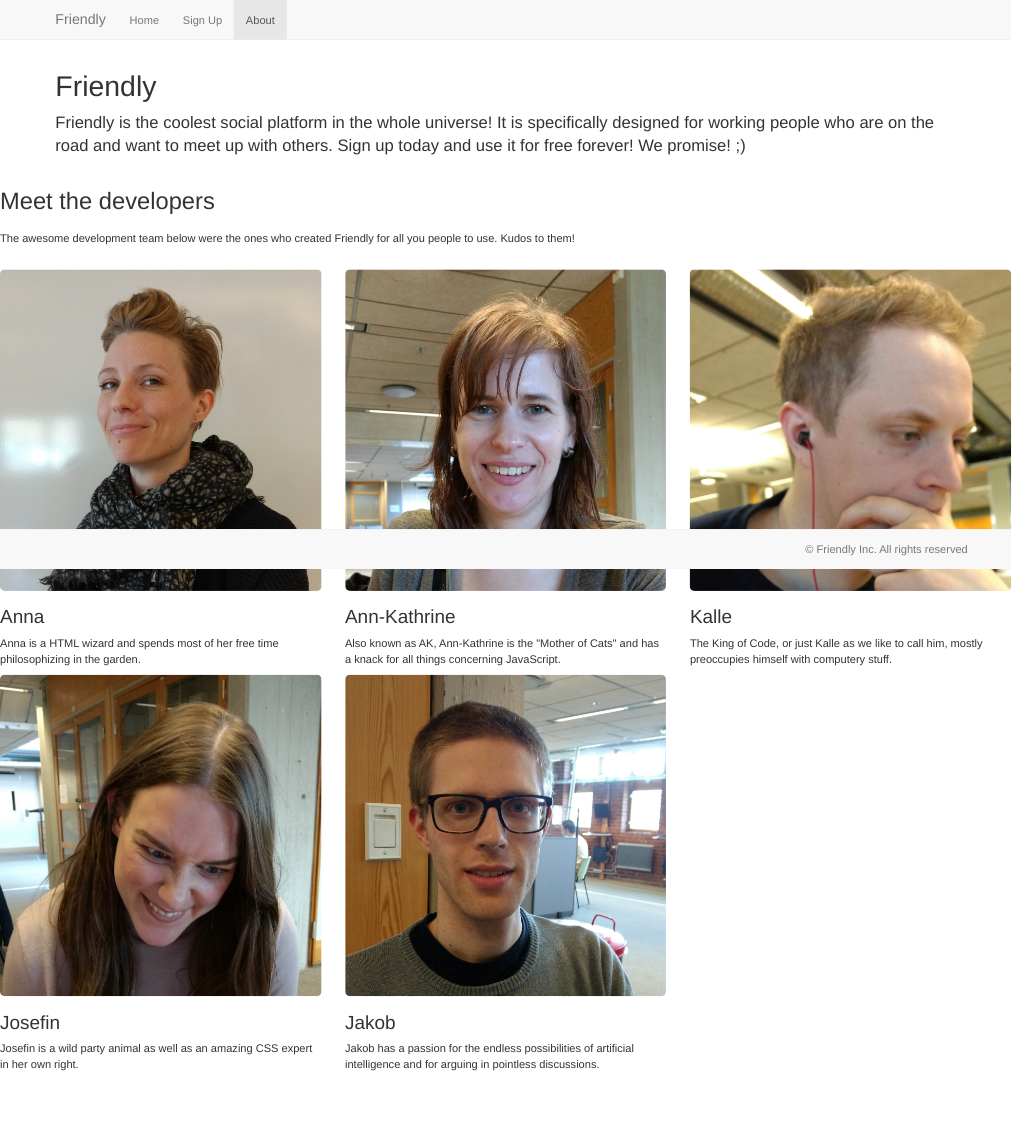
Repository: kristallklart/friendly_java
Page: http://localhost/FriendlyWeb/About.jsp
The author's editor kept a copy of each file at every save. The page is drawn from the files as they stood at one save, then again after the next save.
The browser window is 1280 px wide. The page is 1295 px wide, then 1280 px, so the pictures cover 1295 px, including what lies to the right of the window. The pictures show the whole page, at 79% of full size.
Some web libraries are served in a nearby version. The page is served by Tomcat 9. Other server files are loaded and not shown.

Above is the page before, as saved 2017-05-02 12:36:01.

### FriendlyWeb/WebContent/About.jsp
<%@ page language="java" contentType="text/html; charset=ISO-8859-1"
    pageEncoding="ISO-8859-1"%>
<!DOCTYPE html>
<html lang="en">

<head>

	<meta charset="UTF-8">
	<meta http-equiv="X-UA-Compatible" content="IE=edge">
	<meta name="viewport" content="width=device-width, initial-scale=1">
	<title>Friendly - About</title>
	<link rel="stylesheet" href="/FriendlyWeb/lib/bootstrap/css/bootstrap.min.css">
  	<link rel="stylesheet" href="/FriendlyWeb/css/style.css">
</head>

<body>
	<!-- Navbar header-->
	<nav class="navbar navbar-default navbar-fixed-top">
		<div class="container">
			<!-- Brand and toggle get grouped for better mobile display -->
			<div class="navbar-header">
				<button type="button" class="navbar-toggle collapsed" data-toggle="collapse" data-target="#bs-example-navbar-collapse-1"
				 aria-expanded="false">
				<span class="sr-only">Toggle navigation</span>
				<span class="icon-bar"></span>
				<span class="icon-bar"></span>
				<span class="icon-bar"></span>
			</button>
				<a class="navbar-brand" href="#">Friendly</a>
			</div>

			<!-- Collect the nav links, forms, and other content for toggling -->
			<div class="collapse navbar-collapse" id="bs-example-navbar-collapse-1">
				<ul class="nav navbar-nav">
					<li><a href="/FriendlyWeb/Index.jsp">Home</a></li>
					<li><a href="/FriendlyWeb/SignUp.jsp">Sign Up </a></li>
					<li class="active"><a href="#">About<span class="sr-only">(current)</span></a></li>

				</ul>
			</div>
			<!-- /.navbar-collapse -->
		</div>
		<!-- /.container -->
	</nav>

<div class="container">
			<div class="row">
				<div class="col-xs-12">
					<h1> Friendly </h1>
				</div>

		</div>
		<div class="row">
			<div class="col-xs-12">
				<p class="lead"> Friendly is the coolest social platform in the whole universe!
					It is specifically designed for working people who are on the road and want to meet up with others.
					Sign up today and use it for free forever! We promise! ;) </p>
			</div>
		</div>
	</div>
	<div class="row">
		<div class="col-xs-12">
			<h2> Meet the developers <h2>
		</div>
	</div>
	<div class="row">
		<div class="col-xs-12">
			<p class="default-bottom-padding"> The awesome development team below were the ones who created Friendly for all you people to use. Kudos to them! </p>
		</div>
	</div>
	<div class="row">
		<div class="col-xs-12 col-sm-6 col-md-4 col-lg-4">
			<img class="img-responsive img-rounded" src="/FriendlyWeb/assets/img/anna3.jpg">
			<h3> Anna </h3>
			<p> Anna is a HTML wizard and spends most of her free time philosophizing in the garden. </p>
		</div>
		<div class="col-xs-12 col-sm-6 col-md-4 col-lg-4">
			<img class="img-responsive img-rounded" src="/FriendlyWeb/assets/img/ak3.jpg">
			<h3> Ann-Kathrine </h3>
			<p> Also known as AK, Ann-Kathrine is the "Mother of Cats" and has a knack for all things concerning JavaScript. </p>
		</div>
		<div class="col-xs-12 col-sm-6 col-md-4 col-lg-4">
			<img class="img-responsive img-rounded" src="/FriendlyWeb/assets/img/kalle3.jpg">
			<h3> Kalle </h3>
			<p> The King of Code, or just Kalle as we like to call him, mostly preoccupies himself with computery stuff. </p>
		</div>
		<div class="col-xs-12 col-sm-6 col-md-4 col-lg-4">
			<img class="img-responsive img-rounded" src="/FriendlyWeb/assets/img/jossan4.jpg">
			<h3> Josefin </h3>
			<p> Josefin is a wild party animal as well as an amazing CSS expert in her own right. </p>
		</div>
		<div class="col-xs-12 col-sm-6 col-md-4 col-lg-4">
			<img class="img-responsive img-rounded" src="/FriendlyWeb/assets/img/jakob3.jpg">
			<h3> Jakob </h3>
			<p> Jakob has a passion for the endless possibilities of artificial intelligence and for arguing in pointless discussions.</p>
		</div>
		<div class="col-xs-12 col-sm-6 col-md-4 col-lg-4">
			<p> </p>
		</div>
	</div>



	<%@ include file = "/html/footer.html" %>

	<script src="https://ajax.googleapis.com/ajax/libs/jquery/3.2.1/jquery.min.js"></script>
  	<script src="/FriendlyWeb/lib/bootstrap/js/bootstrap.min.js"></script>
</body>


</html>

### FriendlyWeb/WebContent/html/footer.html
 <!-- nav-footer -->
 <nav class="navbar navbar-default navbar-fixed-bottom">
   <div class="container">
     <p class= "navbar-text navbar-right">© Friendly Inc. All rights reserved</p>
   </div>
</nav> <!-- /nav-footer-->

### FriendlyWeb/WebContent/css/style.css
body {
	padding-top: 70px;
	padding-bottom: 70px;
}

.default-top-padding {
	padding-top: 20px;
}

.default-bottom-padding {
	padding-bottom: 20px;
}

.default-top-margin {
	margin-top: 20px;
}

.default-bottom-margin {
	margin-bottom: 20px;
}

.equal {
  display: flex;
  display: -webkit-flex;
}
.vertical-align {
  display: flex;
  flex-direction: row;
}

.vertical-align > [class^="col-"],
.vertical-align > [class*=" col-"] {
  display: flex;
  align-items: center;
}
.icon-padding {
  padding: 3px;
}

.btn {
    white-space: normal;
}

.drop-colour {
    color: white;
    background-color: green;
  }
  .row-padding{
    padding-top: 4px;
    padding-bottom: 4px;
  }


.image-formatting{
	height: 50%;
}

Loaded but not shown: FriendlyWeb/WebContent/lib/bootstrap/css/bootstrap.min.css (library); FriendlyWeb/WebContent/lib/bootstrap/js/bootstrap.min.js (library)

After the next save:
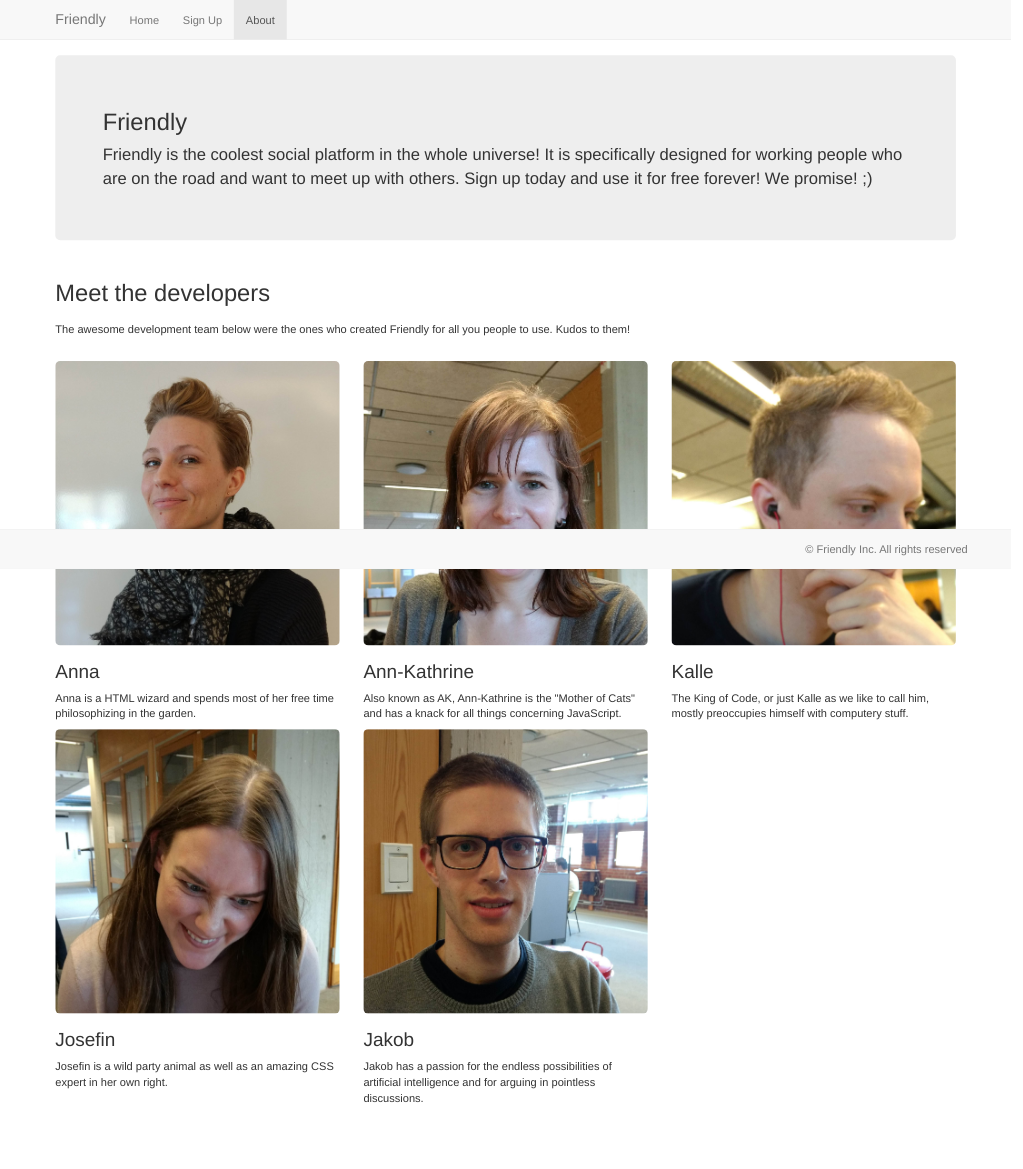
Saved 70 s later.
--- a/FriendlyWeb/WebContent/About.jsp
+++ b/FriendlyWeb/WebContent/About.jsp
@@ -44,15 +44,16 @@
 	</nav>
 
 <div class="container">
+	<div class="jumbotron">
 			<div class="row">
 				<div class="col-xs-12">
-					<h1> Friendly </h1>
+					<h2> Friendly </h2>
 				</div>
 
 		</div>
 		<div class="row">
 			<div class="col-xs-12">
-				<p class="lead"> Friendly is the coolest social platform in the whole universe!
+				<p> Friendly is the coolest social platform in the whole universe!
 					It is specifically designed for working people who are on the road and want to meet up with others.
 					Sign up today and use it for free forever! We promise! ;) </p>
 			</div>
@@ -98,6 +99,7 @@
 			<p> </p>
 		</div>
 	</div>
+</div>
 
 
 
